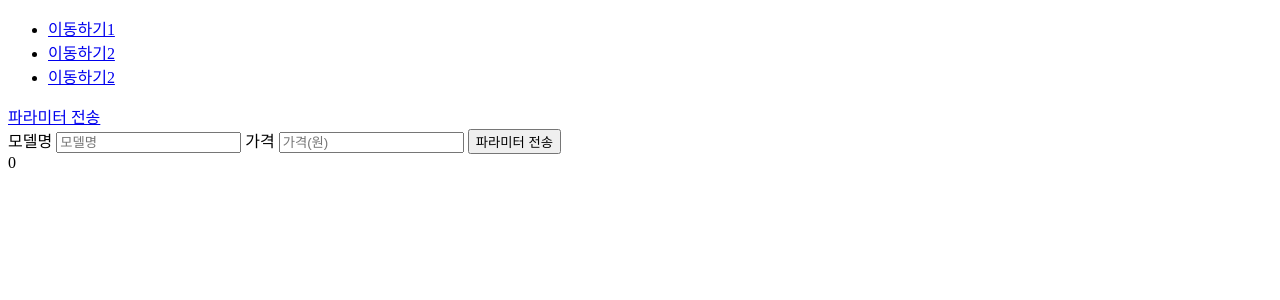
Repository: WONDongin/GoodeeAcademy_JAVA
Page: jsp_study/servletStudy/src/main/webapp/ex03_parameter/client.html
These files come from the project's save history. The page is drawn as it stood at one moment and after the next save; the edit follows.
The browser window is 1280 px wide. The pictures show the whole page.

Above is the page before, as saved 2025-04-01 03:06:55.

After the next save:
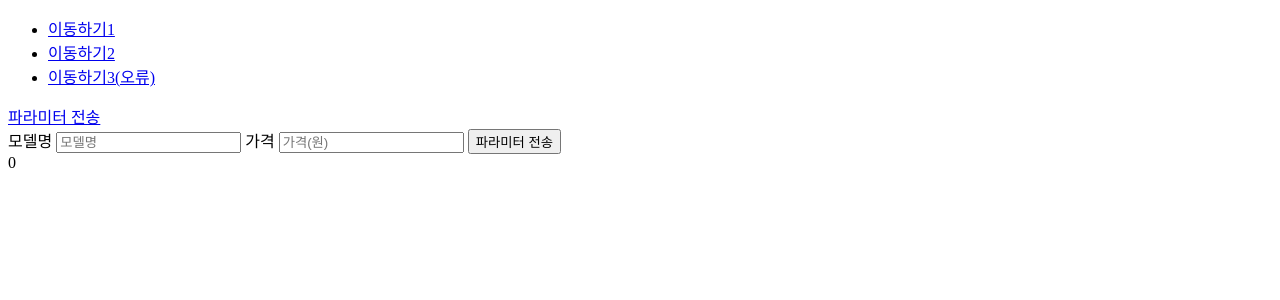
Saved 4 s later.
--- a/jsp_study/servletStudy/src/main/webapp/ex03_parameter/client.html
+++ b/jsp_study/servletStudy/src/main/webapp/ex03_parameter/client.html
@@ -9,7 +9,7 @@
 		<ul>
 			<li><a href="http://localhost:8080/servletStudy/GetServlet">이동하기1</a></li>
 			<li><a href="/servletStudy/GetServlet">이동하기2</a></li>
-			<li><a href="/GetServlet">이동하기2</a></li>
+			<li><a href="/GetServlet">이동하기3(오류)</a></li>
 		</ul>
 		<div>
 			<a href="/servletStudy/GetServlet?model=냉장고&price=200">파라미터 전송</a>
